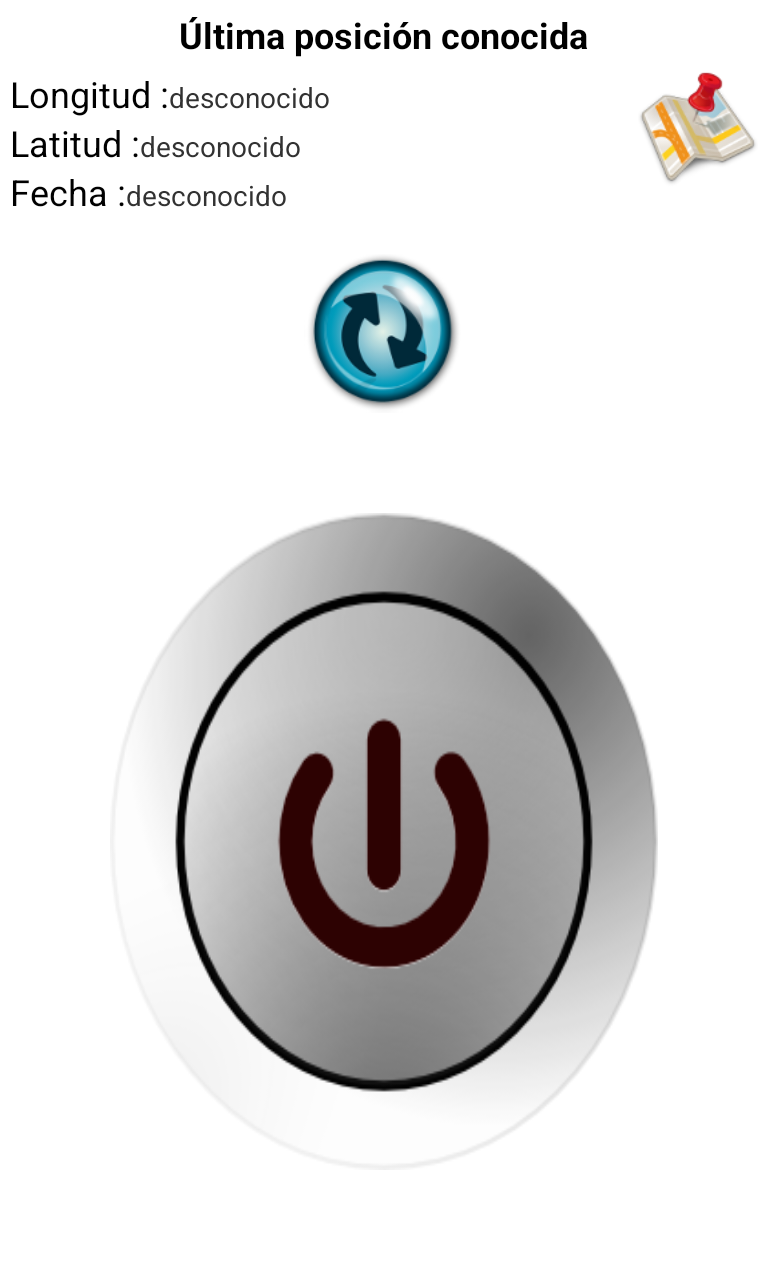
Repository: jonatansantos/Android-Server-Status
Layout: desarrollo/LocalizadorGPS/res/layout/activity.xml
The author's editor kept a copy of each file at every save. The layout is drawn from the files as they stood at one save, then again after the next save.
It is drawn on a 768 x 1280 px phone screen (xhdpi) without system bars, with theme android:Theme.Light.NoTitleBar; the app's code is not run.

Above is the layout before, as saved 2012-06-10 16:27:55.

After the next save:
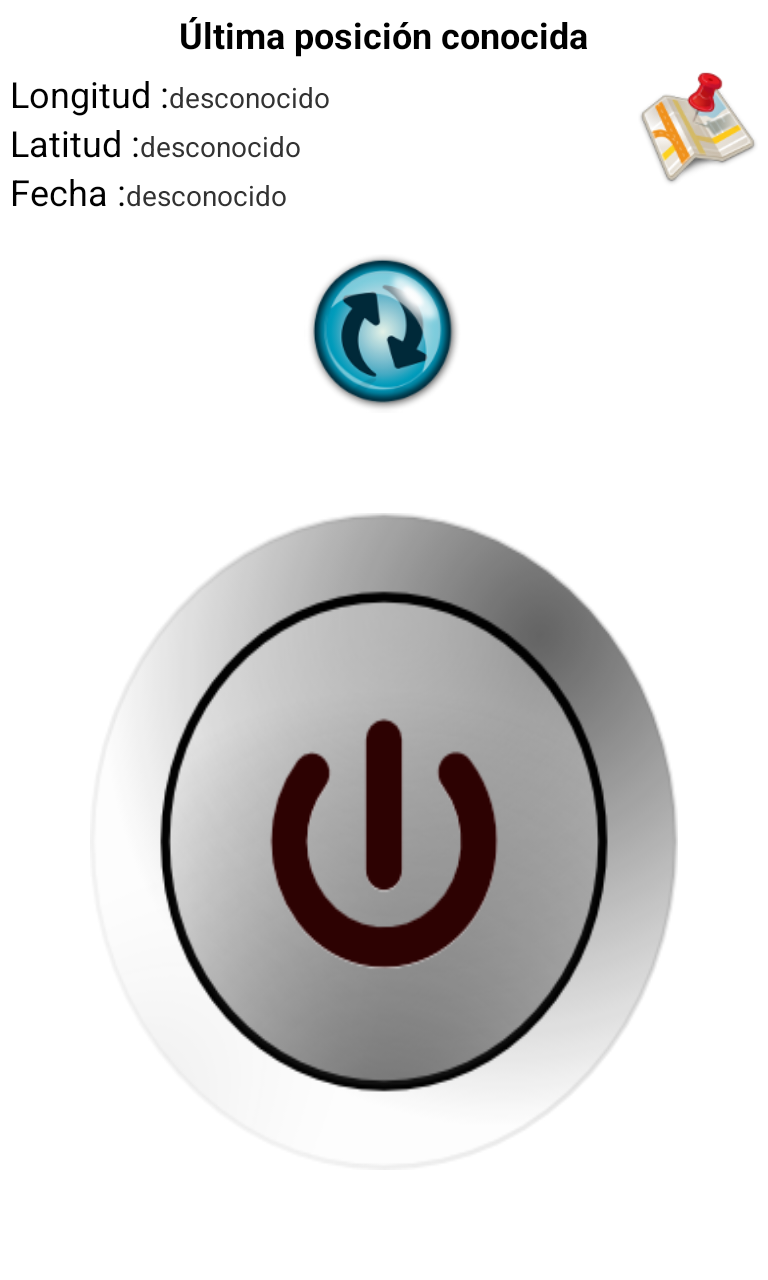
Saved 106 s later.
--- a/desarrollo/LocalizadorGPS/res/layout/activity.xml
+++ b/desarrollo/LocalizadorGPS/res/layout/activity.xml
@@ -93,7 +93,10 @@
         android:layout_alignParentLeft="true"
         android:layout_alignParentRight="true"
         android:layout_below="@+id/iv_gps_actualizar"
-        android:layout_margin="50dp"
+        android:layout_marginTop="50dp"
+         android:layout_marginBottom="50dp"
+          android:layout_marginLeft="40dp"
+          android:layout_marginRight="40dp"
         android:background="@drawable/tb_icon"
         android:text=""
         android:textOff=""
